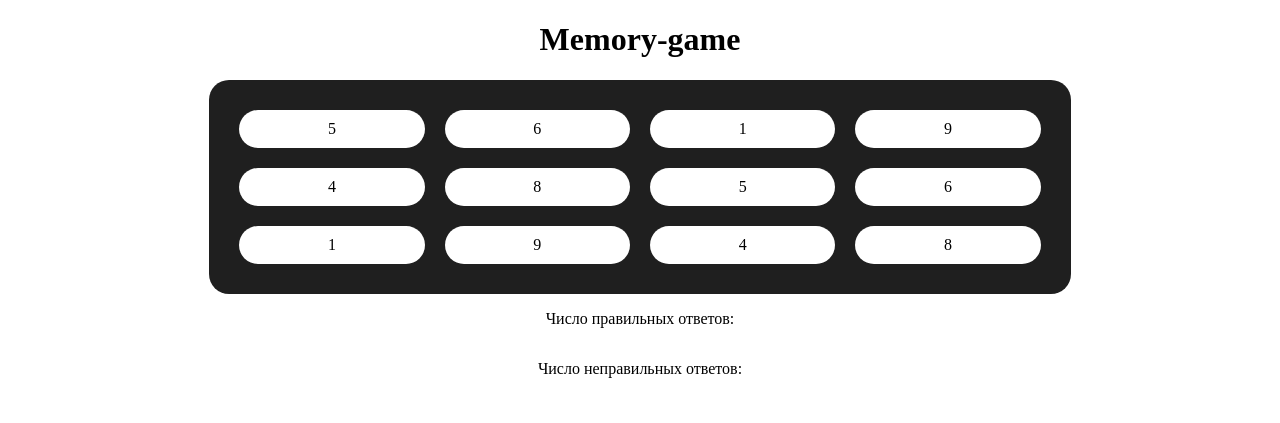
Repository: ortamfag/React_Memory-game
Page: /
These files come from the project's save history. The page is drawn as it stood at one moment and after the next save; the edit follows.
The browser window is 1280 px wide. The pictures show the whole page.
The project was rebuilt for these pictures with package versions that can differ from the ones it lists, and the page was loaded fresh each time. Also part of the build but not shown: src/components/FieldGame/index.scss, src/components/UI/ResetButton/ResetButton.module.scss.

Above is the page before, as saved 2022-09-12 12:00:22.

After the next save:
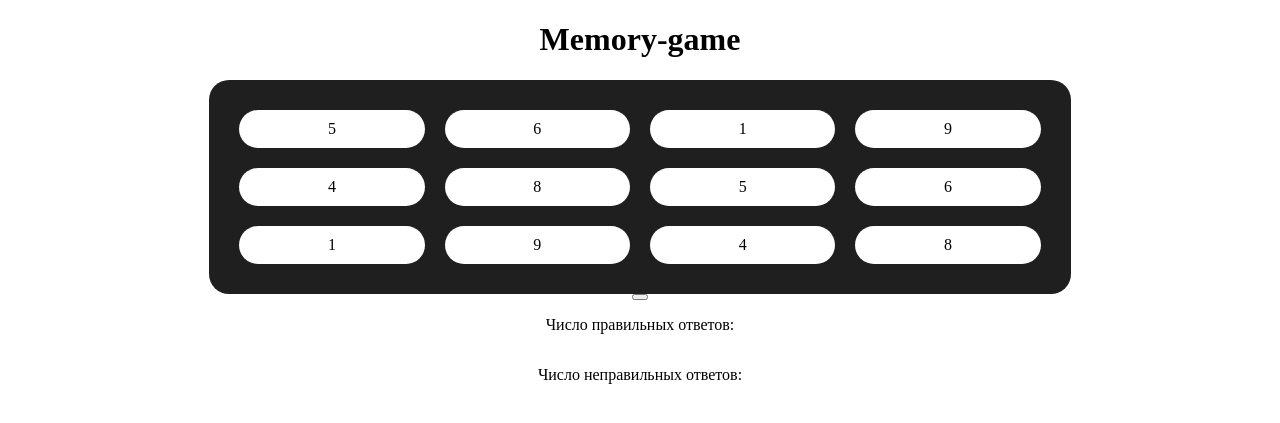
Saved 28 s later.
--- a/src/App.js
+++ b/src/App.js
@@ -4,6 +4,7 @@ import "./assets/style/style.scss";
 import FieldGame from "./components/FieldGame/FieldGame";
 import CounterRightAnswers from "./components/UI/CounterRightAnswers/CounterRightAnswers";
 import CounterWrongAnswers from "./components/UI/CounterWrongAnswers/CounterWrongAnswers";
+import ResetButton from "./components/UI/ResetButton/ResetButton";
 
 function App() {
   return (
@@ -14,6 +15,7 @@ function App() {
         <div className='game__wrapper'>
           <FieldGame/>
         </div>
+        <ResetButton/>
         <CounterRightAnswers/>
         <CounterWrongAnswers/>
       </div>
